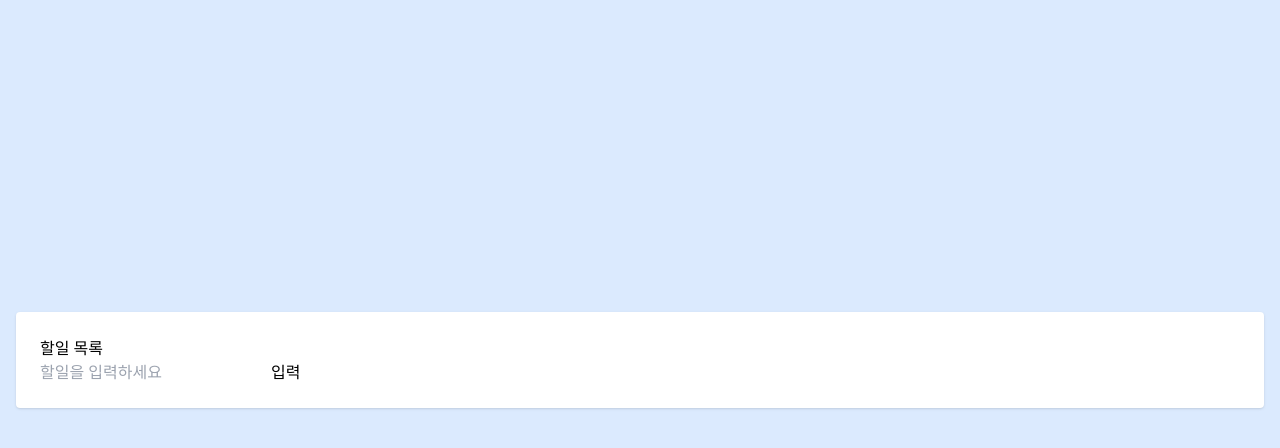
Repository: siwon9898/react-learn
Page: /
These files come from the project's save history. The page is drawn as it stood at one moment and after the next save; the edit follows.
The browser window is 1280 px wide. The pictures show the whole page.
The project was rebuilt for these pictures with package versions that can differ from the ones it lists, and the page was loaded fresh each time. Also part of the build but not shown: src/index.css.

Above is the page before, as saved 2023-03-30 11:30:32.

### public/index.html
<!-- 페이지 템플릿 -->
<!DOCTYPE html>
<html lang="en">
  <head>
    <meta charset="utf-8" />
    <link rel="icon" href="%PUBLIC_URL%/favicon.ico" />
    <meta name="viewport" content="width=device-width, initial-scale=1" />
    <meta name="theme-color" content="#000000" />
    <meta
      name="description"
      content="Web site created using create-react-app"
    />
    <link rel="apple-touch-icon" href="%PUBLIC_URL%/logo192.png" />
    <!--
      manifest.json provides metadata used when your web app is installed on a
      user's mobile device or desktop. See https://developers.google.com/web/fundamentals/web-app-manifest/
    -->
    <link rel="manifest" href="%PUBLIC_URL%/manifest.json" />
    <!--
      Notice the use of %PUBLIC_URL% in the tags above.
      It will be replaced with the URL of the `public` folder during the build.
      Only files inside the `public` folder can be referenced from the HTML.

      Unlike "/favicon.ico" or "favicon.ico", "%PUBLIC_URL%/favicon.ico" will
      work correctly both with client-side routing and a non-root public URL.
      Learn how to configure a non-root public URL by running `npm run build`.
    -->
    <title>React App</title>
  </head>
  <body>
    <noscript>You need to enable JavaScript to run this app.</noscript>
    <div id="root"></div>
    <!--
      This HTML file is a template.
      If you open it directly in the browser, you will see an empty page.

      You can add webfonts, meta tags, or analytics to this file.
      The build step will place the bundled scripts into the <body> tag.

      To begin the development, run `npm start` or `yarn start`.
      To create a production bundle, use `npm run build` or `yarn build`.
    -->
  </body>
</html>

### src/index.js
//js 시작점
import React from 'react';
import ReactDOM from 'react-dom/client';
import './index.css';
import App from './App';
import reportWebVitals from './reportWebVitals';

const root = ReactDOM.createRoot(document.getElementById('root'));
root.render(
  <React.StrictMode>
    <App />
  </React.StrictMode>
);

// If you want to start measuring performance in your app, pass a function
// to log results (for example: reportWebVitals(console.log))
// or send to an analytics endpoint. Learn more: https://bit.ly/CRA-vitals
reportWebVitals();

### src/App.js
import React from "react";
import { useState } from "react";
import "./App.css";
import List from "./components/List";
import Form from "./components/Form";
// export default class App extends Component {
//   btnStyle = {
//     color: "#fff",
//     border: "none",
//     padding: "5px 9px",
//     borderRadius: "50%",
//     cursor: "pointer",
//     float: "right",
//   };

//   getStyle = (completed) => {
//     return {
//       padding: "10px",
//       borderBottom: "1px #ccc dotted",
//       textDecoration: completed ? "line-through" : "none",
//     };
//   };

//   state = {
//     todoData: [],
//     value: "",
//   };

//   handleClick = (id) => {
//     let newTodoData = this.state.todoData.filter((data) => data.id !== id);
//     this.setState({ todoData: newTodoData });
//   };

//   handleChange = (e) => {
//     this.setState({ value: e.target.value });
//   };

//   handleSubmit = (e) => {
//     e.preventDefault(); //form안에서 input 전송(submit)할때 reload 막아줌

//     //새로운 할일 데이터
//     let newTodo = {
//       id: Date.now(),
//       title: this.state.value,
//       completed: false,
//     };
//     //원래있던 할일에 새로운 할일 추가해줌
//     this.setState({ todoData: [...this.state.todoData, newTodo], value: "" });
//   };

//   handleCompleteChange = (id) => {
//     let newTodo = this.state.todoData.map((data) => {
//       if (data.id === id) {
//         data.completed = !data.completed;
//       }
//       return data;
//     });

//     this.setState({ todoData: newTodo });
//   };
//   render() {
//     return (
//       <div className="container">
//         <div className="todoBlock">
//           <div className="title">
//             <h1>할일 목록</h1>
//           </div>
//           {/* map은 배열 요소를 함수를 거쳐 새로운 배열을 반환해준다 */}
//           {this.state.todoData.map((data) => (
//             <div style={this.getStyle(data.completed)} key={data.id}>
//               {/* 여러개의 객체를 넣을때는 unique한 key prop이 있어야함 */}
//               <input
//                 type="checkbox"
//                 defaultChecked={false}
//                 onChange={() => this.handleCompleteChange(data.id)}
//               />
//               {data.title}
//               {/* 중괄호로 넣어야 실제 데이터가 들어감 */}
//               <button
//                 style={this.btnStyle}
//                 onClick={() => this.handleClick(data.id)}
//               >
//                 X
//               </button>
//             </div>
//           ))}

//           <form style={{ display: "flex" }} onSubmit={this.handleSubmit}>
//             <input
//               type="text"
//               name="value"
//               placeholder="할일을 입력하세요"
//               style={{ flex: "10", padding: "5px" }}
//               value={this.state.value}
//               onChange={this.handleChange}
//             />
//             <input
//               type="submit"
//               value="입력"
//               className="btn"
//               style={{ flex: "1" }}
//             />
//           </form>
//         </div>
//       </div>
//     );
//   }
// }

export default function App() {
  const [TodoData, setTodoData] = useState([]);
  const [value, setValue] = useState("");
  const handleSubmit = (e) => {
    e.preventDefault();

    let newTodo = {
      id: Date.now(),
      title: value,
      complete: false,
    };
    setTodoData((prev) => [...prev, newTodo]);
    setValue("");
  };
  return (
    <div className="flex items-center justify-center w-screen h-screen bg-blue-100">
      <div className="w-full p-6 m-4 bg-white rounded shadow lg:2-3/4">
        <div>
          <h1>할일 목록</h1>
        </div>
        {/* tododata state는여러개의 컴포넌트에서 쓰기때문에 state자체를 옮기기보다는 props로 내려주는것이 적합 */}
        <List TodoData={TodoData} setTodoData={setTodoData} />
        <Form handleSubmit={handleSubmit} value={value} setValue={setValue} />
      </div>
    </div>
  );
}

### src/components/List.js
import React from "react";

export default function List({ TodoData, setTodoData }) {
  const handleCompleteChange = (id) => {
    let newTodo = TodoData.map((data) => {
      if (data.id === id) {
        data.complete = !data.complete;
      }
      return data;
    });
    setTodoData(newTodo);
  };

  const handleClick = (id) => {
    let newTodoData = TodoData.filter((data) => data.id !== id);
    setTodoData(newTodoData);
  };

  return (
    <div>
      {TodoData.map((data) => (
        <div key={data.id}>
          <input
            type="checkbox"
            defaultChecked={false}
            onChange={() => handleCompleteChange(data.id)}
          />
          {data.title}
          <button onClick={() => handleClick(data.id)}>X</button>
        </div>
      ))}
    </div>
  );
}

### src/components/Form.js
import React from "react";

export default function Form({ handleSubmit, value, setValue }) {
  const handleChange = (e) => {
    setValue(e.target.value);
  };

  return (
    <form onSubmit={handleSubmit}>
      <input
        type="text"
        name="value"
        placeholder="할일을 입력하세요"
        value={value}
        onChange={handleChange}
      />
      <input type="submit" value="입력" />
    </form>
  );
}

Loaded but not shown: src/reportWebVitals.js (common file); src/App.css (common file); tailwind.config.js (common file)

After the next save:
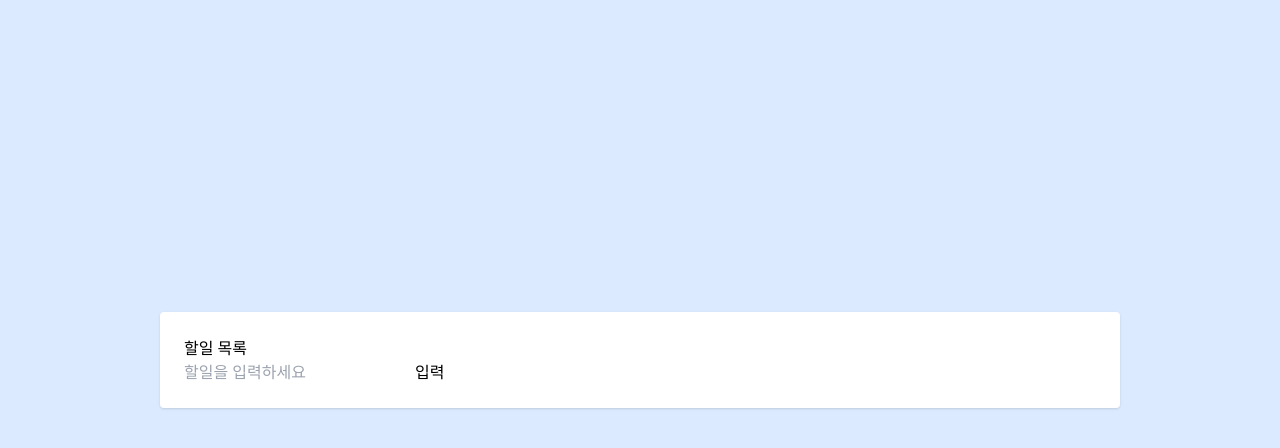
Saved 4 s later.
--- a/src/App.js
+++ b/src/App.js
@@ -123,7 +123,7 @@ export default function App() {
   };
   return (
     <div className="flex items-center justify-center w-screen h-screen bg-blue-100">
-      <div className="w-full p-6 m-4 bg-white rounded shadow lg:2-3/4">
+      <div className="w-full p-6 m-4 bg-white rounded shadow lg:w-3/4">
         <div>
           <h1>할일 목록</h1>
         </div>
